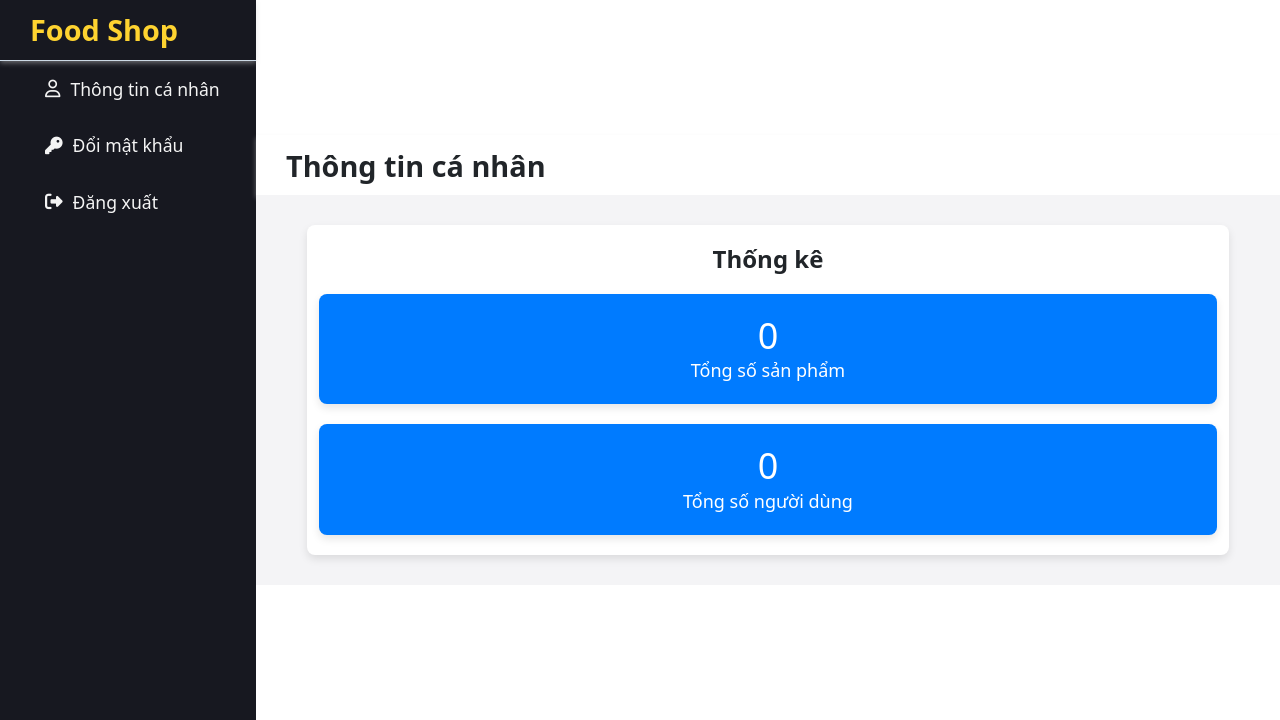
Repository: TuanAnhNguyen723/Restaurant-Projects
Page: http://localhost/Thongke/thongke.php
The author's editor kept a copy of each file at every save. The page is drawn from the files as they stood at one save, then again after the next save.
The browser window is 1280 px wide. The pictures show the whole page.
The page is run by PHP 8.4 with error messages shown; the project is at /var/www/html/.

Above is the page before, as saved 2024-06-18 20:33:47.

### Thongke/thongke.php
<!DOCTYPE html>

<?php
 include 'ConnectDb.php';
 $role = isset($_SESSION['roleAccount']) ? $_SESSION['roleAccount'] : 'guest';
?>

<html lang="en">
  <head>
    <meta charset="UTF-8" />
    <meta name="viewport" content="width=device-width, initial-scale=1.0" />
    <title>Document</title>
    <link rel="stylesheet" href="./thongke.css" />
    <link
      href="https://cdn.jsdelivr.net/npm/bootstrap@5.3.3/dist/css/bootstrap.min.css"
      rel="stylesheet"
      integrity="sha384-QWTKZyjpPEjISv5WaRU9OFeRpok6YctnYmDr5pNlyT2bRjXh0JMhjY6hW+ALEwIH"
      crossorigin="anonymous"
    />
    <link
      rel="stylesheet"
      href="https://cdnjs.cloudflare.com/ajax/libs/font-awesome/6.4.2/css/all.min.css"
    />
  </head>
  <body>
    <nav class="dashboard">
      <div class="header">
        <a href="../View/main.php">Food Shop</a>
      </div>

      <div class="menu">
        <a href="../Dashboard/info.php" class="active ">
          <i class="fa-regular fa-user"></i>
          <span>Thông tin cá nhân</span>
        </a>

        <a style="background-color: #3b82f6" href="../Thongke/thongke.php" class="active admin-only">
        <i class="fa-regular fa-user"></i>
        <span>Thống kê</span>
      </a>

      <a href="../discount/discount.php" class="active admin-only">
          <i class="fa-regular fa-user"></i>
          <span>Quản lý mã giảm giá</span>
        </a>

      <a  href="../quanlysanpham/quanly.php" class="active admin-only">
        <i class="fa-regular fa-user"></i>
        <span>Quản lý sản phẩm</span>
      </a>

      <a href="../quanlytaikhoan/qltk.php" class="active admin-only">
        <i class="fa-regular fa-user"></i>
        <span>Quản lý tài khoản</span>
      </a>

        <a href="../ChangePass/changepass.php" class="active">
          <i class="fa-solid fa-key"></i>
          <span>Đổi mật khẩu</span>
        </a>
        <a href="../index.html" class="active">
          <i class="fa-solid fa-right-from-bracket"></i>
          <span>Đăng xuất</span>
        </a>
      </div>
    </nav>

    <main class="main-dashboard">
      <div class="dashboard-title">Thông tin cá nhân</div>
      <main class="page">
        <div class="container">
          <h1 class="title">Thống kê</h1>
            <div class="stats">
              <div class="stat">
                <h2 id="totalProducts" class="stat-number">0</h2>
                <p class="stat-label">Tổng số sản phẩm</p>
              </div>
            <div class="stat">
              <h2 id="totalUsers" class="stat-number">0</h2>
              <p class="stat-label">Tổng số người dùng</p>
            </div>
          </div>
      </main>
    </main>
  </body>
  <script>
    // PHP injects the role of the current user
    const userRole = '<?php echo $role; ?>';

    // JavaScript to show/hide elements based on role
    document.addEventListener('DOMContentLoaded', () => {

  if (userRole !== 'admin') {
    console.log(111)
    document.querySelectorAll('.admin-only').forEach(el => el.style.display = 'none');
  }

  if (userRole !== 'user') {
    console.log(111)
    document.querySelectorAll('.user-only').forEach(el => el.style.display = 'none');
  }
});
  </script>
</html>

### Thongke/ConnectDb.php
<?php
session_start();
include '../config.php';


// Kiểm tra xem form có được submit hay không
if ($_SERVER["REQUEST_METHOD"] == "POST") {
    $username = $_POST['username'];
    $email = $_POST['email'];
    $phone = $_POST['phone'];
    $hoten = $_POST['hoten'];

    // Cập nhật dữ liệu vào cơ sở dữ liệu
    $sql = "UPDATE account SET Email='$email', Phone='$phone', HoTen='$hoten' WHERE Username='$username'";

    if ($conn->query($sql) === TRUE) {
      echo "<script>alert('Registered successfully'); </script>";
    } else {
      echo "<script>alert('Registered Failed');  </script>" . $conn->error;
    }
  }


//
    if(isset($_SESSION['user_id'])) {
        // Lấy ID người dùng từ session
        $user_id = $_SESSION['user_id'];

    $sql = "SELECT Username, Email, Phone, HoTen FROM account WHERE ID='$user_id'";
    $result = $conn->query($sql);

    if ($result->num_rows > 0) {
        $row = $result->fetch_assoc();
        $username = $row['Username'];
        $email = $row['Email'];
        $phone = $row['Phone'];
        $hoten = $row['HoTen'];
    } else {
        $username = $email = $phone = $hoten = '';
        echo "No results found.";
    }
    }
  $conn->close();
?>

### config.php
<?php
define('DB_SERVER', 'localhost');
define('DB_USERNAME', 'root');
define('DB_PASSWORD', '');
define('DB_NAME', 'webfooddb');

$conn = mysqli_connect(DB_SERVER, DB_USERNAME, DB_PASSWORD, DB_NAME);



if($conn === false){
    die("ERROR: Could not connect. " . mysqli_connect_error());
}
?>

### Thongke/thongke.css
@import url("https://fonts.googleapis.com/css2?family=Poppins:wght@100;200;300;400;500;600;700;800;900&family=Roboto:ital,wght@0,400;0,700;1,500&family=Rubik:wght@300;400;500;600&display=swap");
:root {
  --primary-color: #fed330;
  --secondary-color: #ff2525;
  --white-color: #ffffff; /* Sửa tên biến thành white-color */
  --light-color: #f4f4f4;
  --grey-color: #979b9d;
  --dark-color: #171820;

  --trans-back-co: background-color 0.3s, color 0.3s;
  --trans-co: color 0.3s;
}
.no-pointer-events {
  pointer-events: none !important;
  color: #979b9d !important;
  cursor: not-allowed !important;
}

html {
  scroll-behavior: smooth;
}

* {
  margin: 0;
  padding: 0;
  text-decoration: none;
}

*,
::before,
::after {
  box-sizing: border-box;
}

body {
  font-family: "Rubik", sans-serif;
  font-size: 16px;
  font-weight: 400;
  line-height: 1.8;
  color: var(--dark-color);
  background-color: var(--white-color);
}

body {
  display: flex;
}

.dashboard {
  width: 20%;
  background-color: var(--dark-color);
  height: 100vh;
}
.main-dashboard {
  width: 80%;
}

.header {
  width: 100%;
  border-bottom: 1px solid #cde1f5;
}

.header a {
  color: var(--primary-color);
  text-decoration: none;
  width: 100%;
  padding: 0 30px;
  display: flex;
  align-items: center;
  height: 60px;
  font-size: 1.8em;
  font-weight: 600;
  box-shadow: 0px 3px 5px 0px rgba(204, 204, 204, 0.4509803922);
}

.menu {
  display: flex;
  flex-direction: column;
  margin-left: 30px;
  width: 80%;
}

.menu a {
  text-decoration: none;
  border-radius: 10px;
  transition: all 0.2s;
  display: flex;
  align-items: center;
  padding: 10px;
  color: #f4f4f4;
  font-size: 1.1em;
  gap: 10px;
  margin: 5px;
}

.menu a:hover {
  transform: translateX(10px);
  transform: translateY(-5px);
  background-color: #3b82f6;
  box-shadow: -4px 4px 0px 0px rgba(4, 142, 255, 0.2);
}

.page {
  background-color: #f4f4f6;
  padding: 30px 5%;
}

.box-dashboard {
  box-sizing: border-box;
  padding: 30px;
  background-color: #f4f4f4;
  box-shadow: 0px 3px 5px 0px rgba(204, 204, 204, 0.4509803922);
  border-radius: 5px;
}

.dashboard-title {
  width: 100%;
  padding: 0 30px;

  display: flex;
  align-items: center;
  height: 60px;
  font-size: 1.8em;
  font-weight: 600;
  box-shadow: 0px 3px 5px 0px rgba(204, 204, 204, 0.4509803922);
  background-color: #fff;
}

.text-red {
  color: #ef4444;
}

/* styles.css */
body {
  font-family: "Arial", sans-serif;
  background-color: #f4f4f4;
  display: flex;
  justify-content: center;
  align-items: center;
  height: 100vh;
  margin: 0;
}

.container {
  background-color: #fff;
  padding: 20px;
  border-radius: 8px;
  box-shadow: 0 4px 8px rgba(0, 0, 0, 0.1);
  text-align: center;
  width: 300px;
}

.title {
  font-size: 24px;
  font-weight: bold;
  margin-bottom: 20px;
}

.stats {
  display: flex;
  flex-direction: column;
  gap: 20px;
}

.stat {
  background-color: #007bff;
  color: #fff;
  padding: 20px;
  border-radius: 8px;
  box-shadow: 0 4px 8px rgba(0, 0, 0, 0.1);
}

.stat-number {
  font-size: 36px;
  margin: 0;
}

.stat-label {
  font-size: 18px;
  margin: 0;
}

After the next save:
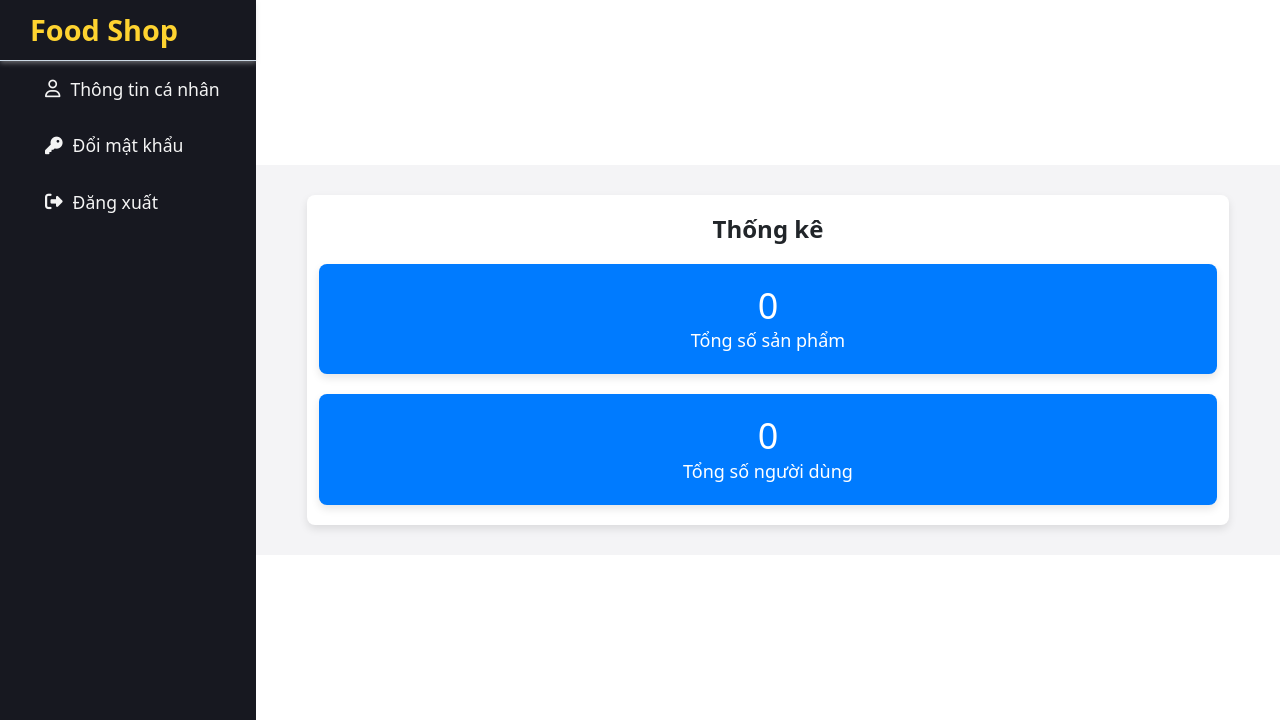
Saved 27 s later.
--- a/Thongke/thongke.php
+++ b/Thongke/thongke.php
@@ -66,7 +66,6 @@
     </nav>
 
     <main class="main-dashboard">
-      <div class="dashboard-title">Thông tin cá nhân</div>
       <main class="page">
         <div class="container">
           <h1 class="title">Thống kê</h1>
